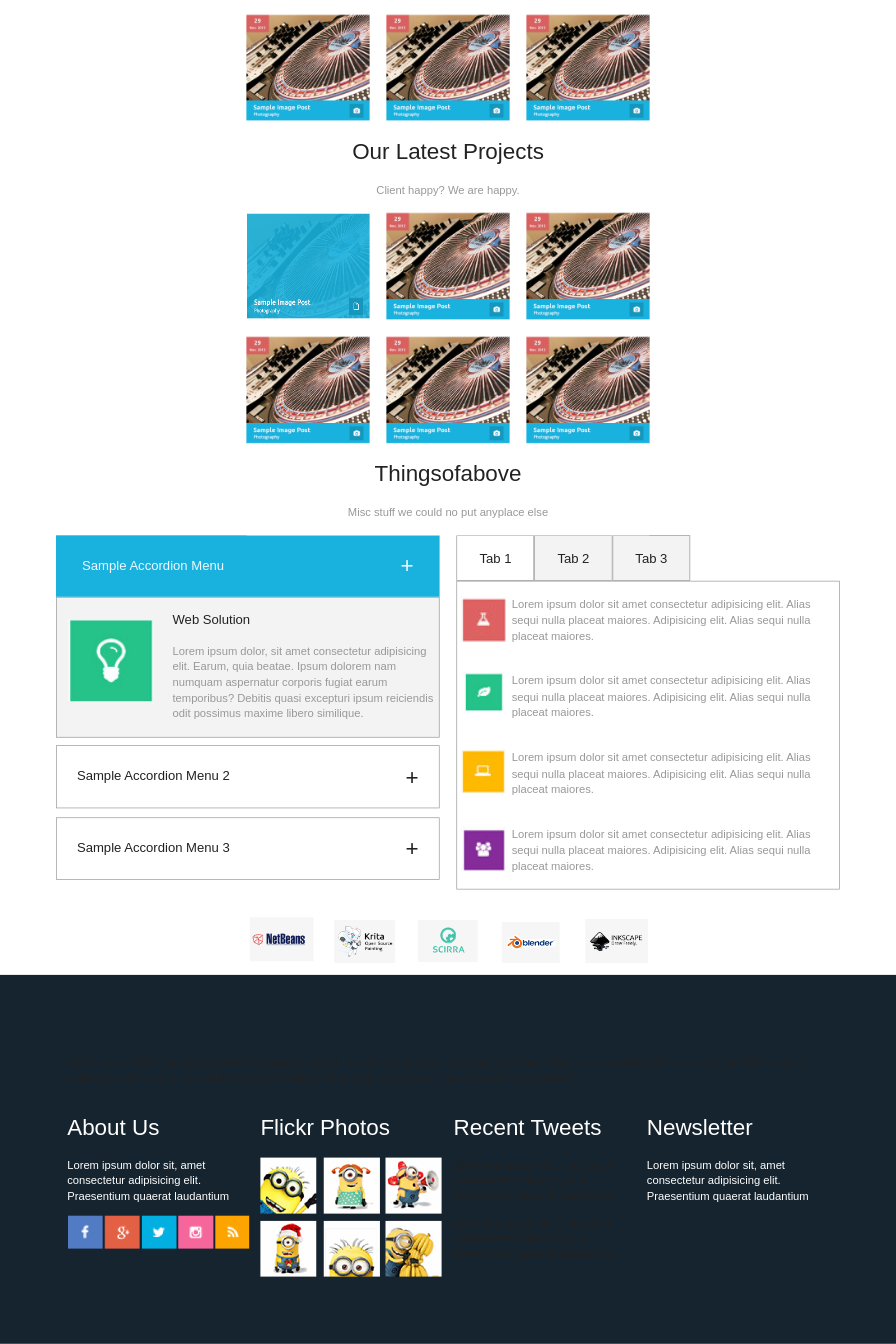
Repository: anoncoderin/madhu_kushal_html_layout
Page: metrosite_week4hw/index.html
These files come from the project's save history. The page is drawn as it stood at one moment and after the next save; the edit follows.
The browser window is 1280 px wide. The pictures show the part of the page from y = 1574 to 3494 px (the page is 3494 px tall), at 70% of full size.

Above is the page before, as saved 2023-02-04 20:21:34.

After the next save:
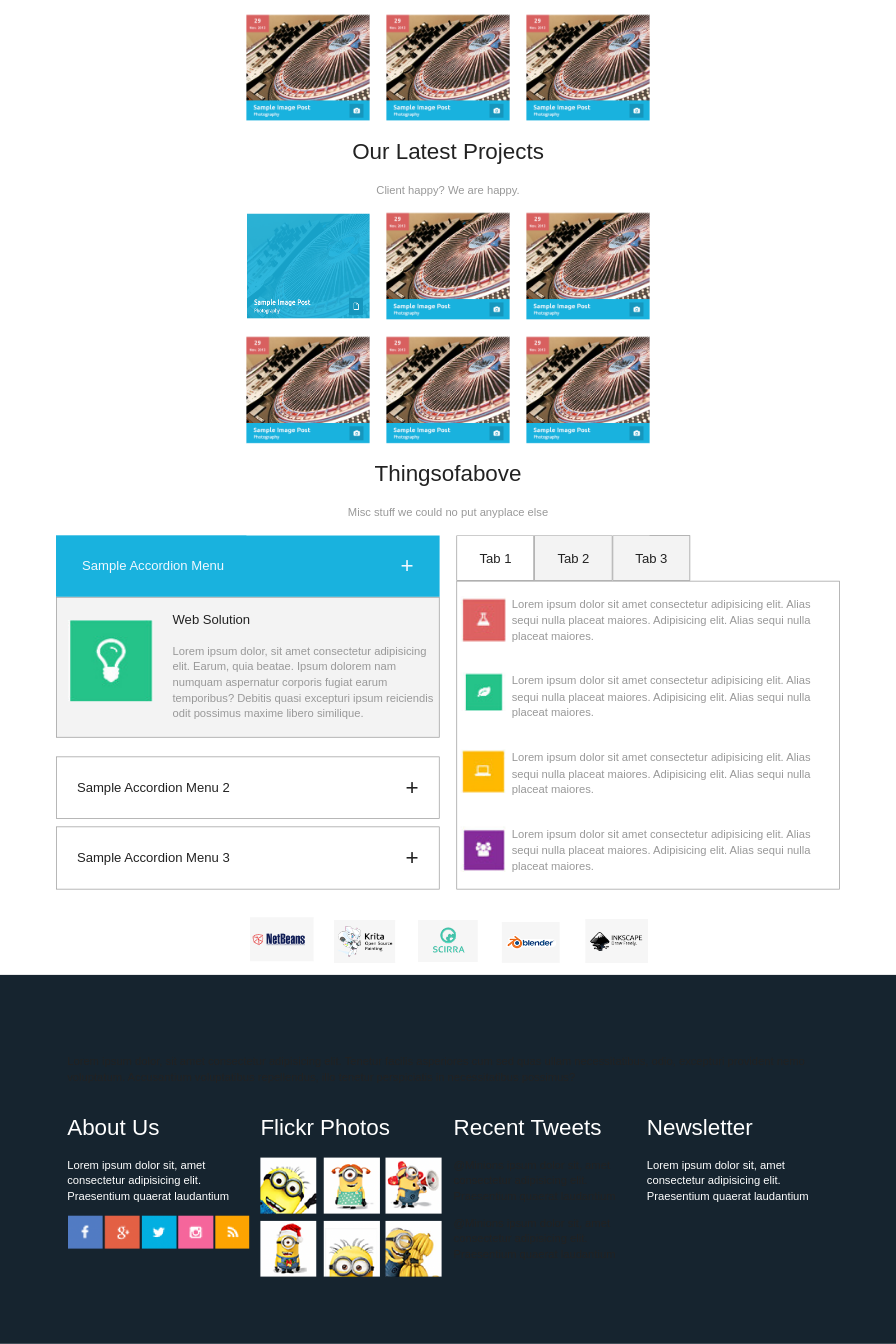
Saved 11 s later.
--- a/metrosite_week4hw/index.html
+++ b/metrosite_week4hw/index.html
@@ -191,7 +191,7 @@
           <h3 style="color: aliceblue; margin-top: 5.5%;;" >Sample Accordion Menu <h1 style="color: aliceblue;">+</h1></h3>
         </div>
 
-        <div style="display: grid; grid-template-columns: 1fr; gap: 3%;">
+        <div style="display: grid; grid-template-columns: 1fr; gap: 7%;">
 
           <div class="sampleaccord" style="background-color: #f3f3f3; border:1px solid #999;">
 
@@ -204,7 +204,7 @@
             </div>
 
           </div>
-          <div style="display: grid; gap: 7%;">
+          <div style="display: grid; gap: 6%;">
 
             <div class="tabs" style="display: flex; justify-content: center; gap: 46%;">
               <h3 style="margin-top: 5.5%;;" >Sample Accordion Menu 2<h1>+</h1></h3>
